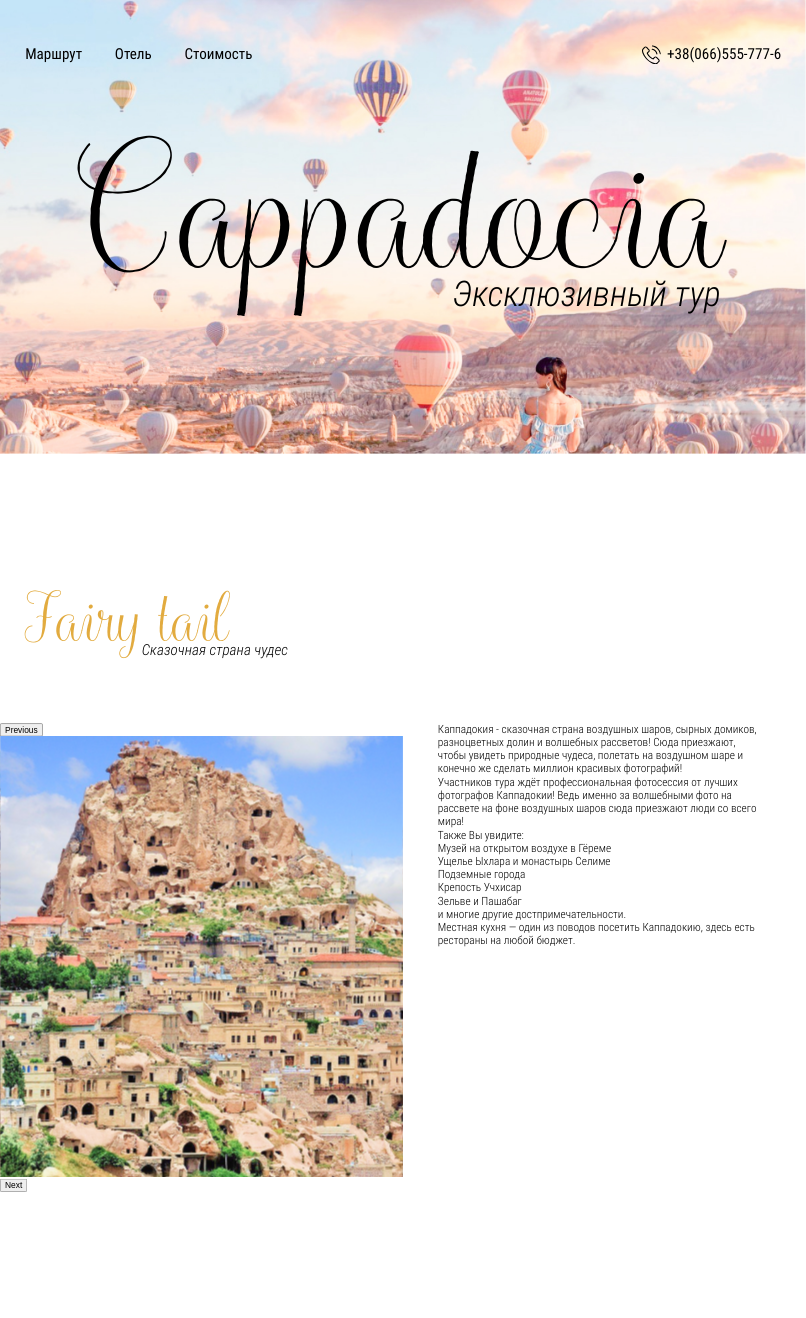
Repository: Lareeman/cappadocia
Page: index.html
An editor plug-in stored every save of this project. The page is shown before and after the next save, followed by the edit.
The browser window is 1280 px wide. The pictures show the whole page, at 63% of full size.

Above is the page before, as saved 2024-01-27 12:44:47.

### index.html
<!DOCTYPE html>
<html lang="en">

<head>
  <meta charset="UTF-8">
  <meta name="viewport" content="width=device-width, initial-scale=1.0">
  <meta http-equiv="X-UA-Compatible" content="ie=edge">
  <title>Cappadocia</title>
  <link rel="stylesheet" href="css/reset.css">
  <link rel="stylesheet" href="css/slick.css">
  <link rel="stylesheet" href="css/style.css">
</head>

<body>
  <header class="header">
    <div class="container">
      <div class="header__top">
        <nav class="menu">
          <ul class="menu__list">
            <li class="menu__item"><a class="menu__link" href="#">Маршрут</a></li>
            <li class="menu__item"><a class="menu__link" href="#">Отель</a></li>
            <li class="menu__item"><a class="menu__link" href="#">Стоимость</a></li>
          </ul>
        </nav>
        <a class="header__phone" href="tel:+380665557776">+38(066)555-777-6</a>
      </div>
      <h1 class="header__title">Cappadocia<span>Эксклюзивный тур</span></h1>
    </div>
  </header>
  <section class="fairy page-section">
    <div class="container">
      <h3 class="fairy__title title">Fairy tail
        <span>Сказочная страна чудес</span>
      </h3>
    </div>
    <div class="fairy__inner">
      <div class="fairy__slider">
        <div class="fairy__item"><img src="images/fairy-1.jpg" alt=""></div>
        <div class="fairy__item"><img src="images/fairy-2.jpg" alt=""></div>
        <div class="fairy__item"><img src="images/fairy-3.jpg" alt=""></div>
      </div>
      <div class="fairy__content">
        <div class="fairy__container">
          <div class="fairy__body">
            <p class="fairy__text">
              Каппадокия - сказочная страна воздушных шаров, сырных домиков, разноцветных долин и волшебных рассветов!
              Сюда приезжают, чтобы увидеть природные чудеса, полетать на воздушном шаре и конечно же сделать миллион красивых фотографий!
            </p>
            <p class="fairy__text">
              Участников тура ждёт профессиональная фотосессия от лучших фотографов Каппадокии!
              Ведь именно за волшебными фото на рассвете на фоне воздушных шаров сюда приезжают люди со всего мира!
            </p>
            <div class="fairy__body-title">
              Также Вы увидите:
            </div>
            <ul class="fairy__list">
              <li>Музей на открытом воздухе в Гёреме</li>
              <li>Ущелье Ыхлара и монастырь Селиме</li>
              <li>Подземные города</li>
              <li>Крепость Учхисар</li>
              <li>Зельве и Пашабаг</li>
            </ul>
            <p class="fairy__text">и многие другие достпримечательности.</p>
            <p class="fairy__text">Местная кухня — один из поводов посетить Каппадокию, здесь есть рестораны на любой бюджет.</p>
          </div>
        </div>
      </div>
    </div>
  </section>

  <script src="https://ajax.googleapis.com/ajax/libs/jquery/3.4.1/jquery.min.js"></script>
  <script src="js/slick.min.js"></script>
  <script src="js/main.js"></script>
</body>

</html>

### css/style.css
:root {
  --black: #000;
  --gold: #E2AB3F;
}

@font-face {
  font-family: 'Balqis';
  src: url('../fonts/balqis.woff2');
  src: url('../fonts/balqis.woff2') format('woff2'),
    url('../fonts/balqis.woff') format('woff');

  font-style: normal;
  font-weight: 300;
  font-display: swap;
}

@font-face {
  font-family: 'RobotoCondensed-Light';
  src: url('../fonts/RobotoCondensed-Light.woff2');
  src: url('../fonts/RobotoCondensed-Light.woff2') format('woff2'),
    url('../fonts/RobotoCondensed-Light.woff') format('woff');


  font-style: normal;
  font-weight: 300;
  font-display: swap;
}

@font-face {
  font-family: 'RobotoCondensed-LightItalic';
  src: url('../fonts/RobotoCondensed-LightItalic.woff2');
  src: url('../fonts/RobotoCondensed-LightItalic.woff2') format('woff2'),
    url('../fonts/RobotoCondensed-LightItalic.woff') format('woff');
  font-style: italic;
  font-weight: 300;
  font-display: swap;
}

@font-face {
  font-family: 'RobotoCondensed-Regular';
  src: url('../fonts/RobotoCondensed-Regular.woff2');
  src: url('../fonts/RobotoCondensed-Regular.woff2') format('woff2'),
    url('../fonts/RobotoCondensed-Regular.woff') format('woff');


  font-style: 400;
  font-weight: 300;
  font-display: swap;
}

html {
  box-sizing: border-box;
}

*,
*::before,
*::after {
  box-sizing: inherit;
}

a {
  text-decoration: none;
  color: inherit;
}

ul {
  list-style-type: none;
}

body {
  color: var(--black);
  font-family: 'RobotoCondensed-Light';
  font-size: 18px;
  font-style: normal;
  font-weight: 300;
  line-height: normal;
}

.header {
  background-image: url("../images/header-bg.jpg");
  background-size: cover;
  background-repeat: no-repeat;
  background-position: bottom center;
  min-height: 100vh;
  margin-bottom: 200px;
}

.container {
  max-width: 1230px;
  padding: 0 15px;
  margin: 0 auto;
}

.page-section {
  margin-bottom: 200px;
}

.title {
  color: var(--gold);
  font-family: Balqis;
  font-size: 96px;
  font-weight: 400;
  margin-bottom: 100px;
}

.title span {
  line-height: 28px;
  font-size: 24px;
  color: var(--black);
  font-family: 'RobotoCondensed-LightItalic';
  display: block;
  margin-top: -30px;
  margin-left: 185px;
}

.header__top {
  padding: 72px 0;
  display: flex;
  justify-content: space-between;
  align-items: center;
  font-size: 24px;
  font-weight: 400;
  font-family: 'RobotoCondensed-Regular';
}

.menu__list {
  display: flex;
  gap: 0 52px;
}

.menu__link {
  transition: all .6s;
}

.menu__link:hover {
  text-decoration: underline;
  /* border-bottom: 1px solid var(--black); */
}

.header__title {
  text-align: center;
  color: var(--black);
  font-family: "Balqis", serif;
  font-size: 250px;
  font-weight: 400;
}

.header__title span {
  text-align: right;
  margin-top: -6%;
  margin-right: 8%;
  display: block;
  font-family: 'RobotoCondensed-LightItalic';
  font-size: 56px;
  font-style: italic;
  font-weight: 300;
}

.header__phone {
  padding-left: 40px;
  position: relative;
}

.header__phone::before {
  content: "";
  position: absolute;
  width: 30px;
  height: 30px;
  left: 0;
  background-image: url('../images/phone-icon.svg');
}

.fairy {}


.fairy__title {}

.fairy__inner {
  display: flex;
  gap: 0 55px;
}

.fairy__slider {
  width: 50%;
}

.fairy__item {}

.fairy__content {
  width: 40%;
}

.fairy__container {}

.fairy__body {
  mih
  display: flex;
  flex-direction: column;
  justify-content: space-between;
  align-items: center;

}

.fairy__text {}

.fairy__body-title {}

.fairy__list {}

### js/main.js
$(function () {
    $('.fairy__slider').slick({
        slidesToShow: 1,
        slidesToScroll: 1,
        autoplay: true,
        autoplaySpeed: 2000,


    });
});

Loaded but not shown: css/reset.css (common file); css/slick.css (common file); js/slick.min.js (library)

After the next save:
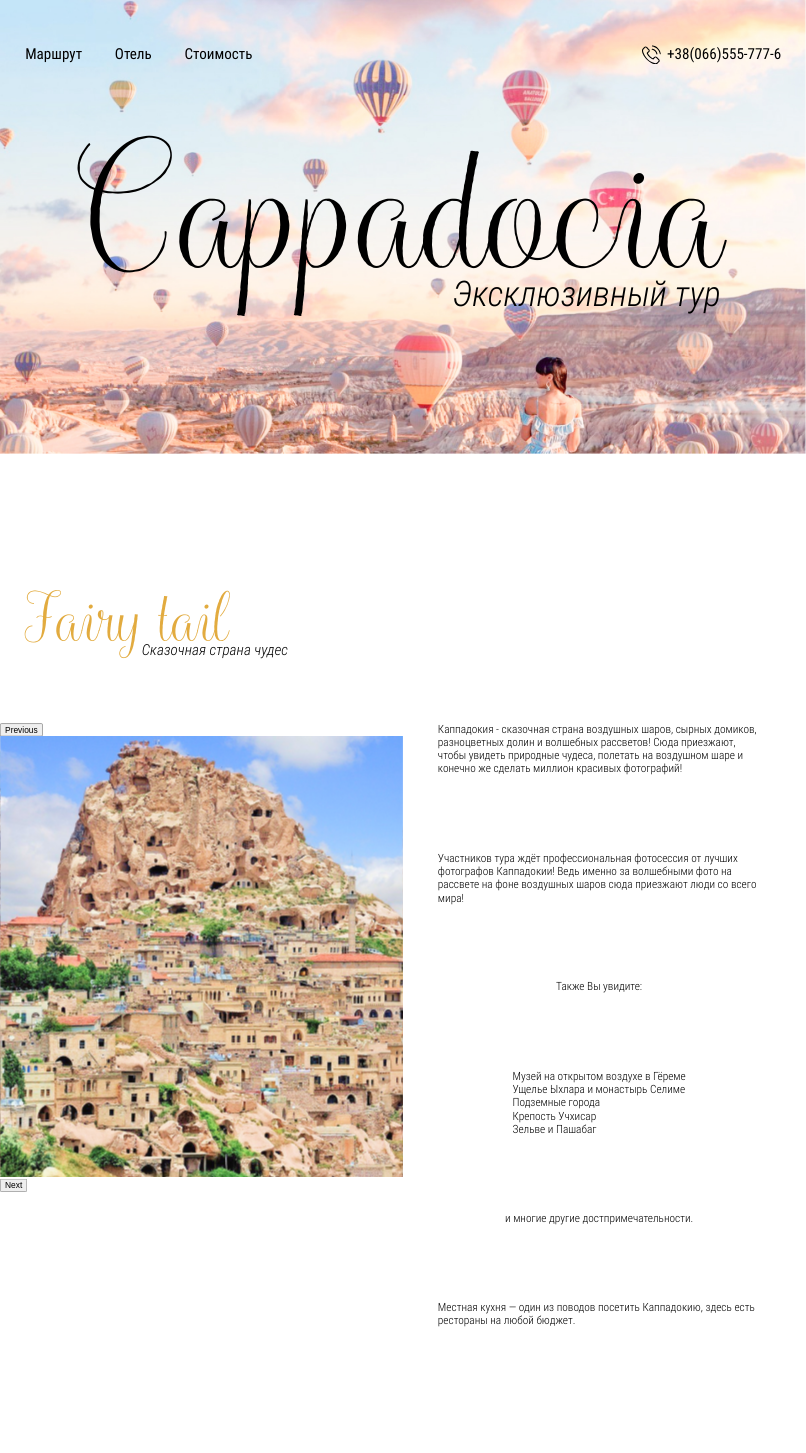
Saved 7 s later.
--- a/css/style.css
+++ b/css/style.css
@@ -193,7 +193,7 @@ body {
 .fairy__container {}
 
 .fairy__body {
-  mih
+  min-height: 960px;
   display: flex;
   flex-direction: column;
   justify-content: space-between;
